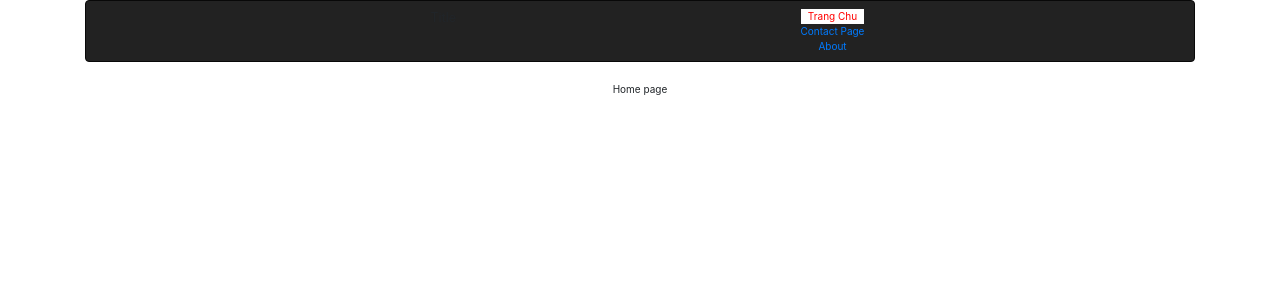
Repository: hntvip/react-route
Page: /
These files come from the project's save history. The page is drawn as it stood at one moment and after the next save; the edit follows.
The browser window is 1280 px wide. The pictures show the whole page.
The project was rebuilt for these pictures with package versions that can differ from the ones it lists, and the page was loaded fresh each time. Also part of the build but not shown: src/components/About.js, src/components/Contact.js.

Above is the page before, as saved 2019-11-27 16:52:54.

After the next save:
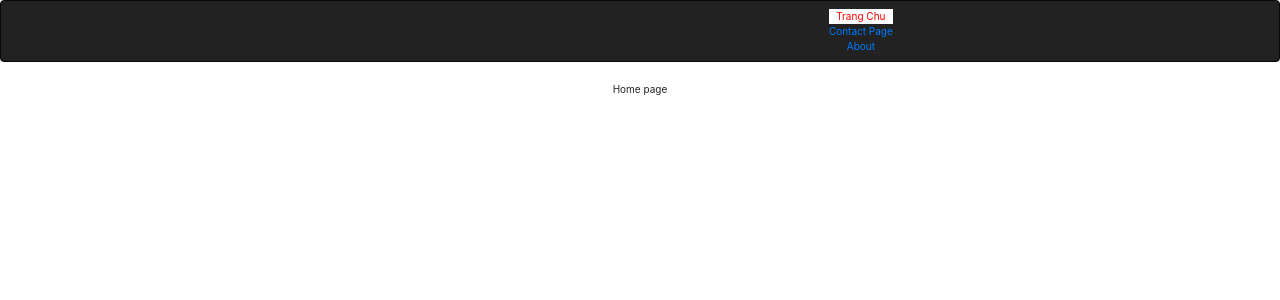
Saved 39 s later.
--- a/src/App.js
+++ b/src/App.js
@@ -8,10 +8,7 @@ function App() {
   return (
     <Router>
       <div className="App">
-        <div class="container">
-          <div class="row">
-            <div class="col-sm-12">
-              <nav className="navbar navbar-inverse">
+        <nav className="navbar navbar-inverse">
           <a  className="navbar-brand">Title</a>
           <ul className="nav navbar-nav">
               <NavLink
@@ -46,9 +43,6 @@ function App() {
               </NavLink>
           </ul>
         </nav>
-            </div>
-          </div>
-        </div>
         {/* Noi Dung */}
         <Route path="/" exact component={Home}></Route>
         <Route path="/contact" component={Contact}></Route>
